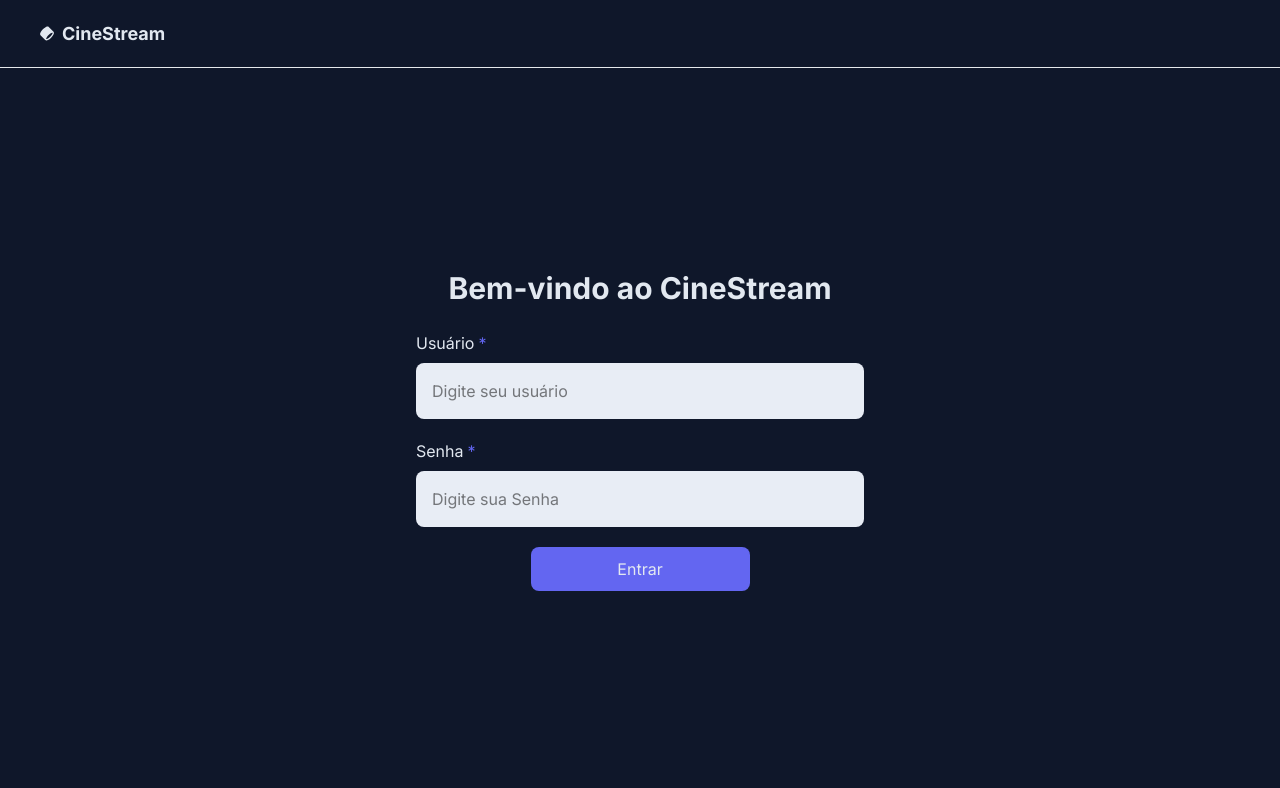
Repository: GabrielMA0/CineStream
Page: /login
The author's editor kept a copy of each file at every save. The page is drawn from the files as they stood at one save, then again after a run of saves.
The browser window is 1280 px wide. The pictures show the whole page.
The project was rebuilt for these pictures with package versions that can differ from the ones it lists, and the page was loaded fresh each time. Also part of the build but not shown: vite.config.ts, src/pages/Users.vue, src/pages/Clients.vue, src/pages/Rental.vue.

Above is the page before, as saved 2025-07-23 12:21:16.

After the next 2 saves:
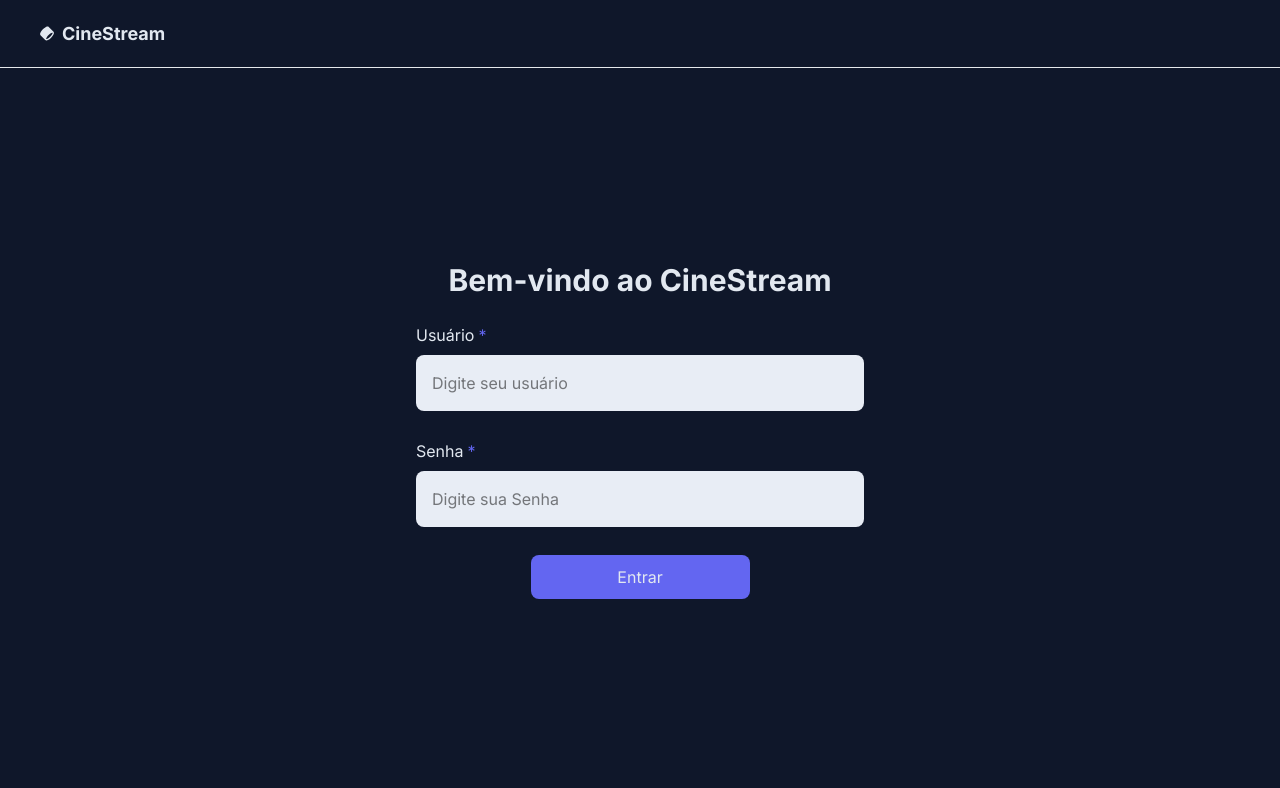
The 2 saves are shown as one change because they came seconds apart.
The last was saved 27 s later.
--- a/src/components/molecules/InputField.vue
+++ b/src/components/molecules/InputField.vue
@@ -6,10 +6,8 @@
 defineProps({
   messageLabel: String,
   placeHolder: String,
-  modelValue: String,
   errorText: String,
   typeField: String,
-  hasError: Boolean,
   isRequired: Boolean,
   name: String
 });
@@ -22,13 +20,12 @@
         <Label :isRequired="isRequired" class="text-[#E2E8F0]">{{messageLabel}}</Label>
         <Input
         :type="typeField"
-        :modelValue="modelValue"
         @update:modelValue="emit('update:modelValue', $event)"
         :placeholder="placeHolder"
         class="outline-none border-none p-[16px] w-full bg-[#E8EDF5] rounded-[8px] max-w-[448px]"
         :name="name"
         />
-        <ErrorMessage v-show="hasError">{{errorText}}</ErrorMessage>
+        <ErrorMessage :name="name">{{errorText}}</ErrorMessage>
     </div>
 </template>
 
